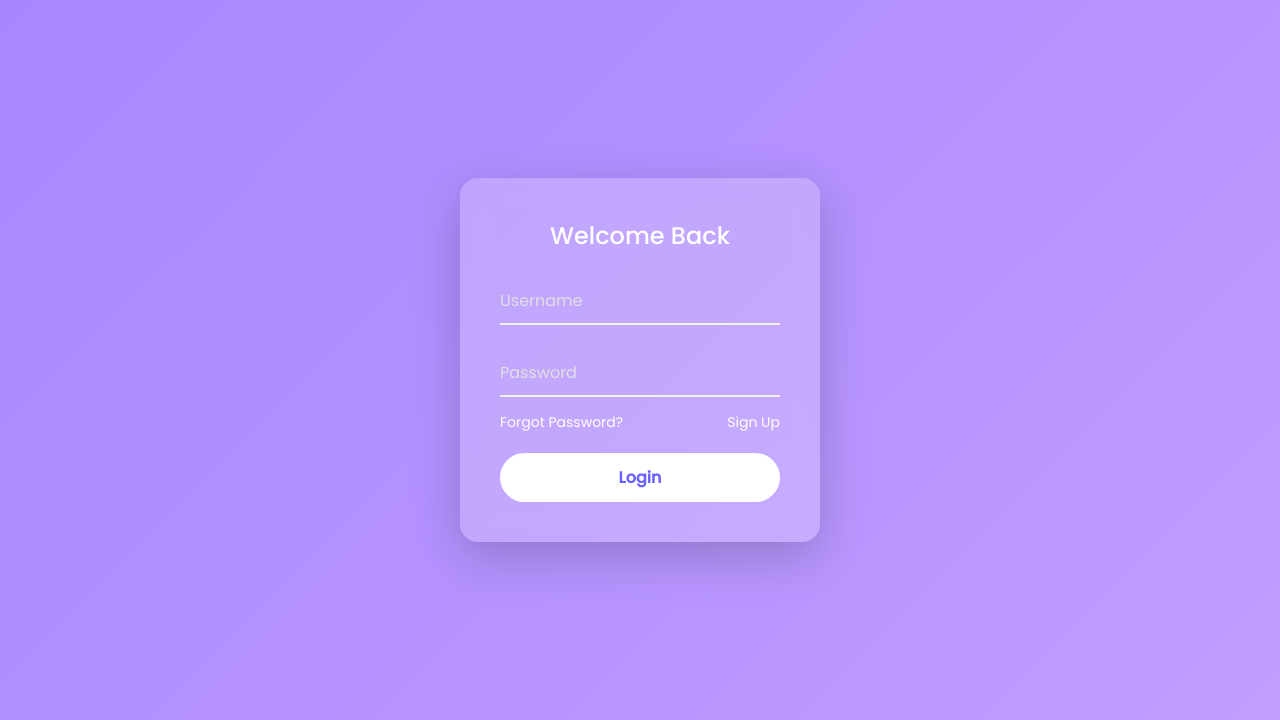
Repository: abhayxxmm1/j2ee-
Page: Projects/inventorymanagement/src/main/webapp/Login.html
The author's editor kept a copy of each file at every save. The page is drawn from the files as they stood at one save, then again after the next save.
The browser window is 1280 px wide. The pictures show the whole page.

Above is the page before, as saved 2025-12-05 10:18:07.

After the next save:
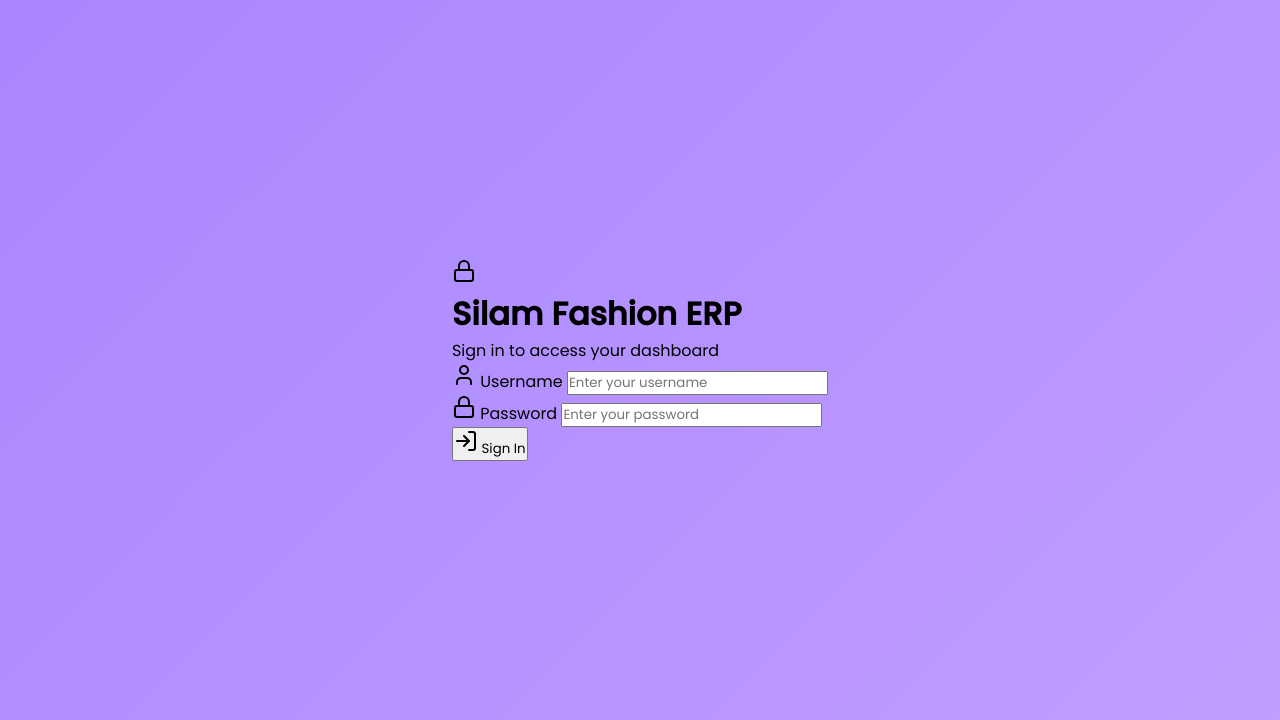
Saved 3 min 56 s later.
--- a/Projects/inventorymanagement/src/main/webapp/Login.html
+++ b/Projects/inventorymanagement/src/main/webapp/Login.html
@@ -1,37 +1,60 @@
 <!DOCTYPE html>
 <html lang="en">
 <head>
-    <meta charset="UTF-8">
-    <meta name="viewport" content="width=device-width, initial-scale=1.0">
-    <title>Modern Login Page</title>
-    <link rel="stylesheet" href="style.css">
+  <meta charset="UTF-8" />
+  <meta name="viewport" content="width=device-width, initial-scale=1.0" />
+  <title>Silam Fashion ERP - Login</title>
+  <link rel="stylesheet" href="style.css" />
+  <!-- Lucide Icons CDN -->
+  <script src="https://unpkg.com/lucide@latest"></script>
 </head>
+
 <body>
+  <div class="login-container">
+    <div class="login-background">
+      <div class="login-shapes">
+        <div class="shape shape-1"></div>
+        <div class="shape shape-2"></div>
+        <div class="shape shape-3"></div>
+      </div>
+    </div>
 
-    <div class="container">
-        <div class="box">
-            <h2>Welcome Back</h2>
+    <div class="login-card">
+      <div class="login-header">
+        <div class="login-icon-wrapper">
+          <i data-lucide="lock" class="login-icon"></i>
+        </div>
+        <h1 class="login-title">Silam Fashion ERP</h1>
+        <p class="login-subtitle">Sign in to access your dashboard</p>
+      </div>
 
-            <form>
-                <div class="inputBox">
-                    <input type="text" required>
-                    <span>Username</span>
-                </div>
+      <form class="login-form">
+        <div class="login-input-group">
+          <label class="login-label">
+            <i data-lucide="user" class="login-input-icon"></i>
+            Username
+          </label>
+          <input type="text" placeholder="Enter your username" class="login-input" />
+        </div>
 
-                <div class="inputBox">
-                    <input type="password" required>
-                    <span>Password</span>
-                </div>
+        <div class="login-input-group">
+          <label class="login-label">
+            <i data-lucide="lock" class="login-input-icon"></i>
+            Password
+          </label>
+          <input type="password" placeholder="Enter your password" class="login-input" />
+        </div>
 
-                <div class="links">
-                    <a href="#">Forgot Password?</a>
-                    <a href="#">Sign Up</a>
-                </div>
+        <button type="button" class="login-button">
+          <i data-lucide="log-in"></i> Sign In
+        </button>
+      </form>
+    </div>
+  </div>
 
-                <input type="submit" value="Login" class="btn">
-            </form>
-        </div>
-    </div>
+  <script>
+    lucide.createIcons();
+  </script>
 
 </body>
 </html>
